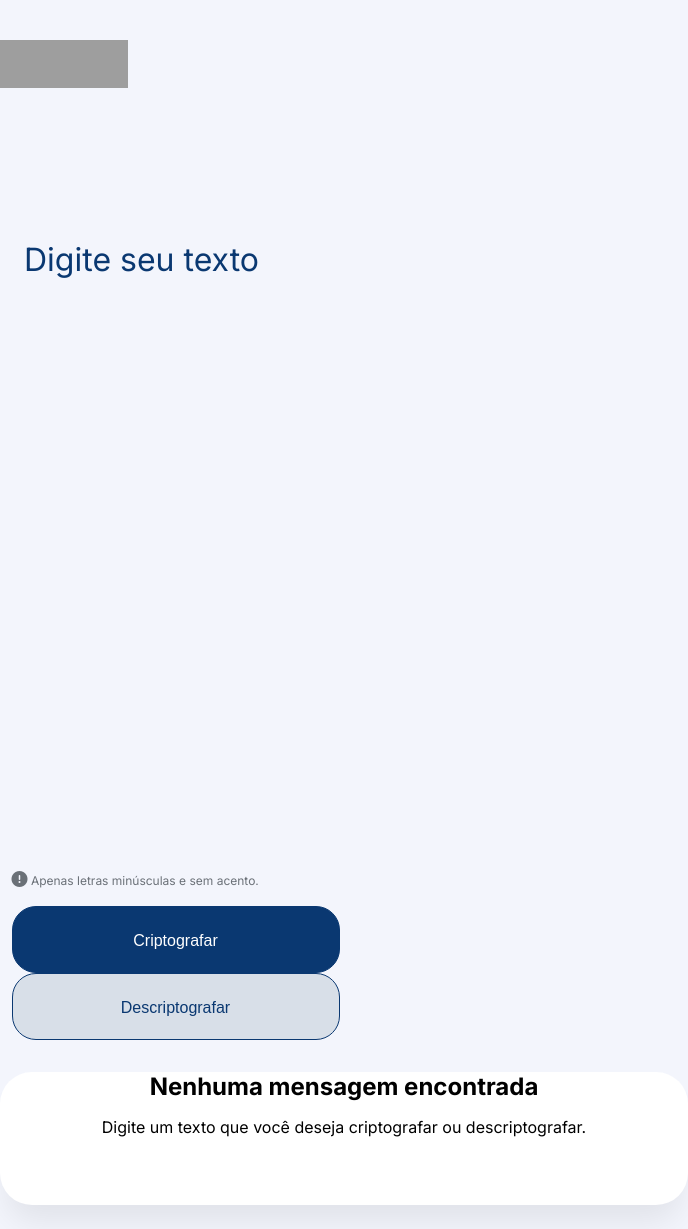
Repository: CarlosEduardoVdeOliveira/descodificador-de-texto
Page: index.html
The author's editor kept a copy of each file at every save. The page is drawn from the files as they stood at one save, then again after the next save.
The browser window is 375 px wide. The page is 688 px wide, then 680 px, so the pictures cover 688 px, including what lies to the right of the window. The pictures show the whole page.
Pictures or frames that could not be fetched are drawn as grey boxes.

Above is the page before, as saved 2023-04-13 08:41:22.

### index.html
<!DOCTYPE html>
<html lang="en">
<head>
   <meta charset="UTF-8">
   <link rel="preconnect" href="https://fonts.googleapis.com">
   <link rel="preconnect" href="https://fonts.gstatic.com" crossorigin>
   <meta http-equiv="X-UA-Compatible" content="IE=edge">
   <meta name="viewport" content="width=device-width, initial-scale=1.0">
   <link href="https://fonts.googleapis.com/css2?family=Inter:wght@400;700&display=swap" rel="stylesheet">
   <link rel="stylesheet" href="https://cdnjs.cloudflare.com/ajax/libs/font-awesome/6.4.0/css/all.min.css" integrity="sha512-iecdLmaskl7CVkqkXNQ/ZH/XLlvWZOJyj7Yy7tcenmpD1ypASozpmT/E0iPtmFIB46ZmdtAc9eNBvH0H/ZpiBw==" crossorigin="anonymous" referrerpolicy="no-referrer" />
   <link rel="stylesheet" href="/public/styles/reset.css">
   <link rel="stylesheet" href="/public/styles/index.css">
   <link rel="stylesheet" href="/public/styles/tablet.css">
   <link rel="stylesheet" href="/public/styles/mobile.css">
   <title>Decodificador</title>
</head>
<body>
   <main>
      <img src="/public/images/imageLogo.png"
         alt="letra a da logo da escola de programação Alura">
      <div class="frist-area">
         <textarea class="textarea-input" placeholder="Digite seu texto" autofocus></textarea>
         <div class="info">
            <span>
               <i class="fa-solid fa-circle-exclamation"></i>
               Apenas letras minúsculas e sem acento.
            </span>
            <div class="info-group-button">
               <button class="button-cryptography">Criptografar</button>
               <button class="button-decryption">Descriptografar</button>
            </div>
         </div>
      </div>
      <div class="text-cryption">
         <img src="/public/images/imageHighLight.svg" alt="">
         <div>
            <h2>Nenhuma mensagem encontrada</h2>
            <p>
               Digite um texto que você deseja criptografar ou descriptografar.
            </p>
         </div>
      </div>
   </main>
   <script src="/public/scripts/index.js"></script>
</body>
</html>

### public/styles/reset.css
:root{
   --light-gray: #D8DFE8;
   --gray-100: #CED4DA;
   --gray-200: #ADB5BD;
   --gray-300: #868E96;
   --gray-400: #495057;
   --gray-500: #343A40;
   --light-blue-100: #F3F5FC;
   --light-blue-200: #EFF1FA;
   --light-blue-300: #E9ECF8;
   --light-blue-400: #AAB2D5;
   --light-blue-500: #757FB2;
   --dark-blue-100: #609ED4;
   --dark-blue-200: #356EA9;
   --dark-blue-300: #0A3871;
   --dark-blue-400: #072B61;
   --dark-blue-500: #052051;
}
*{
   margin: 0;
   padding: 0;
   box-sizing: border-box;
}

html{
   font-family:  'Inter', sans-serif;
   font-size: 1rem;
}

### public/styles/index.css
/* header{
   width: 100%;
   height: 2.5rem;
} */
body{
   background-color: var(--light-blue-100);
}
img{
   width: 8rem;
   height: 3rem;
   margin-top: 2.5rem;
}
main {
   display: flex;
   justify-content: space-around;
   align-items: self-start;
   margin: 0 auto;
}
.frist-area{
   display: flex;
   flex-direction: column;
   margin-top: 7.5rem;
}
textarea.textarea-input{
   width: 42.5rem;
   height: 39.68rem;
   font-family: 'Inter';
   font-size: 32px;
   line-height: 150%;
   background-color: var(--light-blue-100);
   color: var(--dark-blue-300);
   border: none;
   resize: none;
   margin-bottom: 1.5rem;
   padding: 1.5rem;
}
textarea.textarea-input:focus{
   outline: 0;
}

textarea.textarea-input::placeholder{
   color: var(--dark-blue-300);
}

i{
   color: var(--gray-400);
   font-size: 1rem;
}
span{
   font-size: 12px;
   color: var(--gray-400);
   line-height: 150%;
   opacity: 0.8;
   margin-bottom: 1rem;
}
button{
   padding: 1.5rem;
   gap: .5rem;
   width: 328px;
   height: 67px;
   border-radius: 1.5rem;
   cursor: pointer;
   font-size: 1rem;
   line-height: 19px;
   border: 1px solid var(--dark-blue-300);
   transition: all .2s;
}
.button-cryptography{
   background-color: var(--dark-blue-300);
   color: white;
   margin-right: 1.5rem;
}
.button-cryptography:hover{
   background-color: var(--dark-blue-400);
}
.button-decryption{
   background: var(--light-gray);
   color: var(--dark-blue-300);
}
.button-decryption:hover{
   background-color: var(--light-blue-200);
}
.text-cryption{
   width: 25rem;
   margin: 2.5rem;
   padding: 15.188rem 2rem;
   text-align: center;
   background-color: white;
   /* shadow */
   box-shadow: 0px 24px 32px -8px rgba(0, 0, 0, 0.08);
   border-radius: 32px;
}
.text-cryption img{
   width: 21rem;
   height: 19rem;
}
.text-cryption div{
   display: flex;
   flex-direction: column;

   margin-top: 2rem;
   padding: 0px;
   gap: 16px;
}
.format-text-cryption{
   /* padding: 2rem;
   position: relative; */

}

.button-copy-cryption{
   background-color: white;
}
.button-copy-cryption:hover{
   background-color: var(--light-blue-200);
}

### public/styles/tablet.css
@media (max-width: 768px) {
   main{
      display: block;
   }
   .textarea-input{
      margin: 0 auto;
   }
   .info{
      display: flex;
      flex-direction: column;
      margin: 0 auto;
   }
   .text-cryption{
      width: 43rem;
      height: 8.313rem;
      padding: 0;
      margin: 1.5rem auto;
   }
   .text-cryption img{
      display: none;
   }
}

### public/styles/mobile.css
@media (max-width: 375px) {
   .info-group-button{
      display: flex;
      flex-direction: column;
   }
   .text-cryption{
     /*  width: 20.438rem;
      height: 11.625rem;
      padding: 0;
      margin: 1.5rem auto; */
   }
}

### public/scripts/index.js
const elementTextarea = document.querySelector("textarea.textarea-input");
const areaCryption = document.querySelector(".text-cryption");
const buttonCryptography = document.querySelector(".button-cryptography");
const buttonDecryption = document.querySelector(".button-decryption");


function alterTextCryptionArea(){
   areaCryption.classList.remove('text-cryption')
   areaCryption.innerHTML = `
      <p>${elementTextarea.value}</p>
      <button class="button-copy-cryption">Copiar</button>
   `;
}
/*
function copyText(){
   const text = document.querySelector("format-text-cryption")
   text.select();
   document.execCommand('copy');
} */
/* document.querySelector("button-copy-cryption").onclick = copyText */
buttonCryptography.onclick = alterTextCryptionArea
buttonDecryption.onclick = alterTextCryptionArea

After the next save:
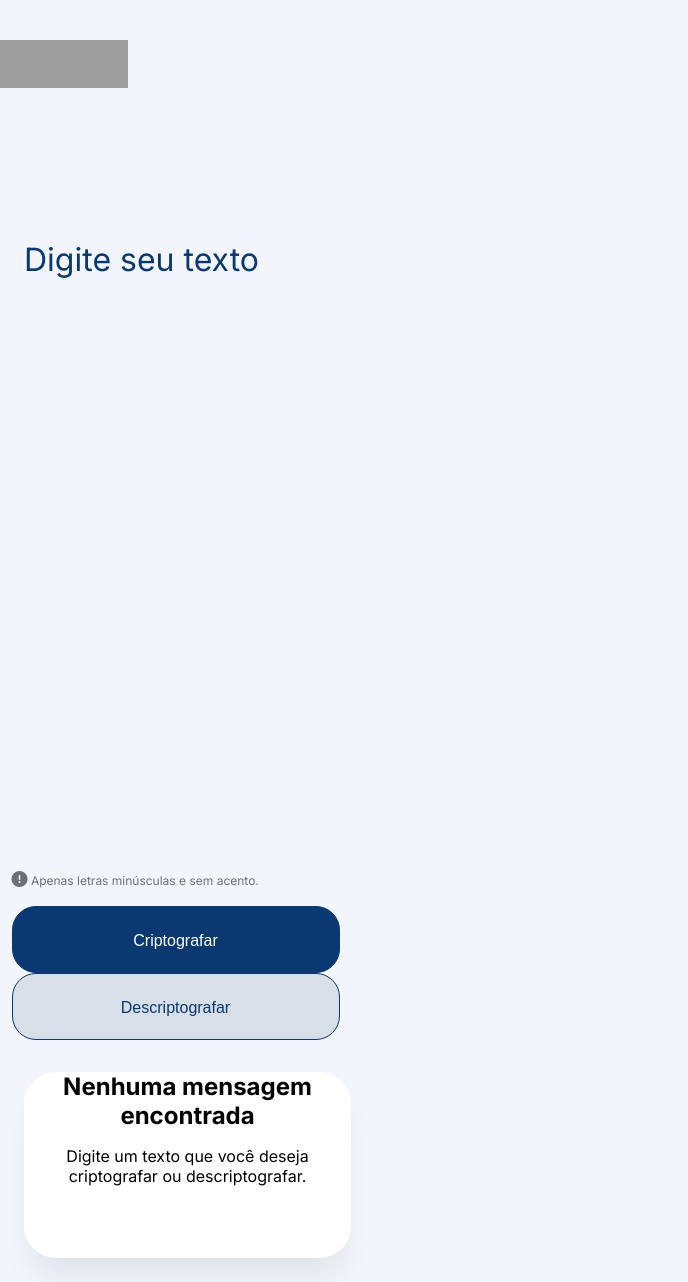
Saved 7 s later.
--- a/public/styles/mobile.css
+++ b/public/styles/mobile.css
@@ -4,9 +4,9 @@
       flex-direction: column;
    }
    .text-cryption{
-     /*  width: 20.438rem;
+      width: 20.438rem;
       height: 11.625rem;
       padding: 0;
-      margin: 1.5rem auto; */
+      margin: 1.5rem auto;
    }
 }
